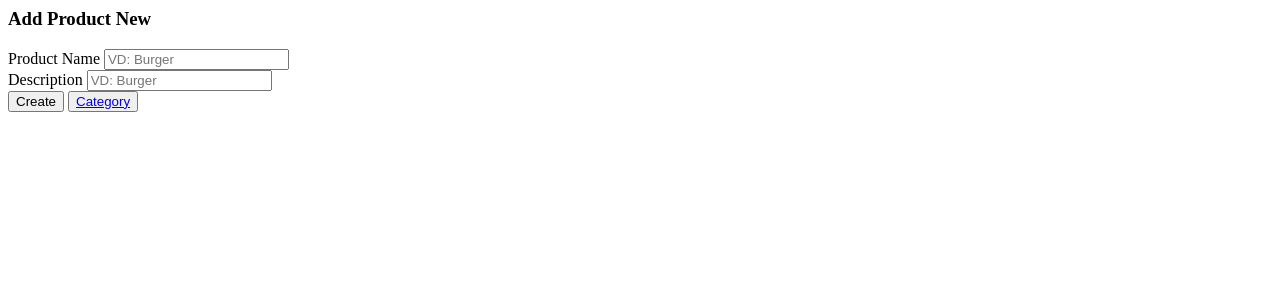
Repository: QunDev/du_an
Page: http://localhost/admin/products/createProduct.php
These files come from the project's save history. The page is drawn as it stood at one moment and after the next save; the edit follows.
The browser window is 1280 px wide. The pictures show the whole page.
The page is run by PHP 8.4 with error messages shown; the project is at /var/www/html/.

Above is the page before, as saved 2023-11-23 22:25:36.
Console error: TypeError: Cannot read properties of null (reading 'addEventListener')

After the next save:
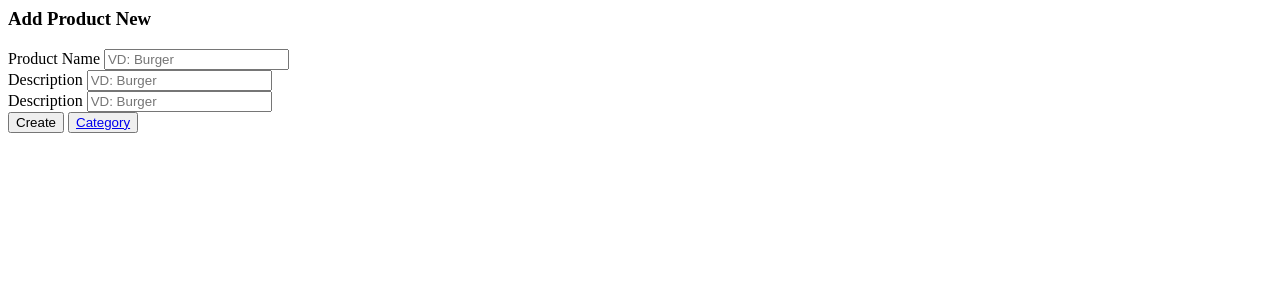
Saved 10 h 57 min later.
--- a/admin/products/createProduct.php
+++ b/admin/products/createProduct.php
@@ -37,6 +37,18 @@
           <span class="form-message"></span>
         </div>
 
+        <div class="form-group">
+          <label for="description" class="form-label">Description</label>
+          <input
+            id="description"
+            name="description"
+            type="text"
+            placeholder="VD: Burger"
+            class="form-control"
+            data-desc
+          />
+          <span class="form-message"></span>
+        </div>
         <input value="Create" type="button" class="form-submit">
         <button class="form-submit" type="button"><a href="./?act=listCategories">Category</a></button>
 
